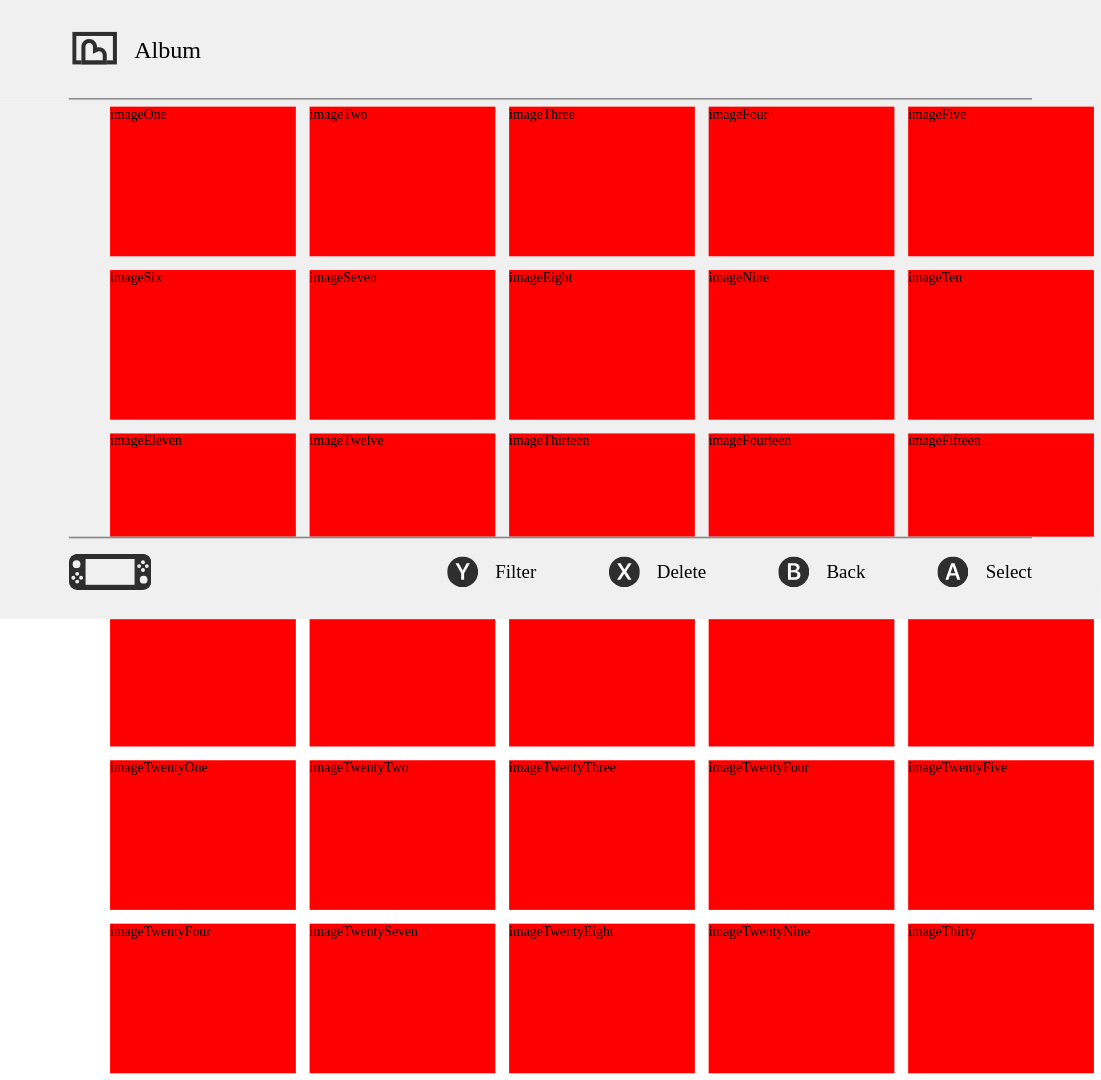
Repository: danielj1415/nintendoSwitchUI2
Page: /album
These files come from the project's save history. The page is drawn as it stood at one moment and after the next save; the edit follows.
The browser window is 1280 px wide. The pictures show the whole page, at 86% of full size.
The project was rebuilt for these pictures with package versions that can differ from the ones it lists, and the page was loaded fresh each time. Also part of the build but not shown: vite.config.js, src/ScreenHome.jsx, src/ScreenSettings.jsx.

Above is the page before, as saved 2024-10-16 11:19:09.

### src/App.jsx
import { BrowserRouter as Router, Routes, Route } from "react-router-dom";
import ScreenHome from "./ScreenHome";
import ScreenSettings from "./ScreenSettings";
import ScreenAlbum from "./ScreenAlbum";
import './App.css';

function App() {
  return (
    <Router>
      <Routes>
        <Route path="/" element={<ScreenHome />} />
        <Route path="/settings" element={<ScreenSettings />} />
        <Route path="/album" element={<ScreenAlbum/>}/>
      </Routes>
    </Router>
  );
}

export default App;

### src/ScreenAlbum.jsx

import "./ScreenAlbum.css";

import { Navigate, useNavigate } from "react-router-dom";
import iconAlbumDark from "./assets/icons/iconAlbumDark.svg";
import iconSwitchDark from "./assets/icons/iconSwitchDark.svg";
import iconADark from "./assets/icons/iconADark.svg";
import iconBDark from "./assets/icons/iconBDark.svg";
import iconXDark from "./assets/icons/iconXDark.svg";
import iconYDark from "./assets/icons/iconYDark.svg";
import { useEffect } from "react";

function ScreenAlbum(){

    const images = [
        ["imageOne", "imageTwo", "imageThree", "imageFour", "imageFive"],
        ["imageSix", "imageSeven", "imageEight", "imageNine", "imageTen"],
        ["imageEleven", "imageTwelve", "imageThirteen", "imageFourteen", "imageFifteen"],
        ["imageSixteen", "imageSeventeen", "imageEighteen", "imageNineteen", "imageTwenty"],
        ["imageTwentyOne", "imageTwentyTwo", "imageTwentyThree", "imageTwentyFour", "imageTwentyFive"],
        ["imageTwentyFour", "imageTwentySeven", "imageTwentyEight", "imageTwentyNine", "imageThirty"]
    ]

    const navigate = useNavigate();

    useEffect(() => {
        const handleKeyDown = (event) => {
            if (event.key === "ArrowDown") {
                event.preventDefault();

            } else if (event.key === "ArrowUp") {
                event.preventDefault();

            } else if (event.key === "ArrowRight") {
                event.preventDefault();

            } else if (event.key === "ArrowLeft") {
                event.preventDefault();

            } else if (event.key === "A" || event.key === "a"){

            } else if (event.key === "B" || event.key === "b"){
                navigate("/settings");
            }
        };

        window.addEventListener("keydown", handleKeyDown);

        return () => {
            window.removeEventListener("keydown", handleKeyDown);
        };
    },);

    return (
        <div className="albumScreen">
            <div className="albumTopMenuSettings">
                <div className = "albumTopMenuRow">
                    <img src = {iconAlbumDark} className = "iconAlbumDark marginLeft108 marginRight28"/>
                    <p className = "headingText albumHeadingText">Album</p>
                </div>
                <div className = "albumDivider"/>
            </div>
            <div className="albumMiddleMenuSettings">
                <div className="imageContainer">
                {images.map((row, rowIndex) => (
                    <div className="imageRow" key={rowIndex}>
                    {row.map((cell, cellIndex) => (
                        <div className="image" key={cellIndex}>
                        {cell}
                        </div>
                    ))}
                    </div>
                ))}
                </div>
            </div>
            <div className="albumBottomMenuSettings">
                <div className = "albumDivider"/>
                <div className = "albumBottomMenuRow">
                    <img src={iconSwitchDark} className="iconSwitchDark" />
                    <div className = "albumBottomMenuTextIcons">
                        <img src = {iconYDark} className = "iconBSettings"/>
                        <p className="bottomMenuSettingsRowText">Filter</p>
                        <img src = {iconXDark} className = "iconASettings"/>
                        <p className="bottomMenuSettingsRowText">Delete</p>
                        <img src = {iconBDark} className = "iconASettings"/>
                        <p className="bottomMenuSettingsRowText">Back</p>
                        <img src = {iconADark} className = "iconASettings"/>
                        <p className="bottomMenuSettingsRowText">Select</p>
                    </div>
                </div>
            </div>
        </div>
    );
}

export default ScreenAlbum;

### src/App.css
html, body {
  margin: 0;
  padding: 0;
  height: 100%;
  width: 100%;
}

.appScreen{
  display: flex;
  justify-content: center;
  align-items: center;
  height: 100vh;
}

### src/ScreenSettings.css
@import "./fonts.css";

.topMenuSettings {
    width: 100%;
    background-color: #F0F0F0;
}

.topMenuRow {
    display: flex;
    align-items: center;
    background-color: #F0F0F0;
    height: 142px;
}

.bottomMenuSettings {
    width: 100%;
    background-color: #F0F0F0;
    z-index: 1;
    position: absolute;
    height: 110px;
}

.middleMenuSettings {
    display: flex;
}

.leftMenuSettings {
    width: 32%;
    height: 664px;
    background-color: #F5F5F5;
}

.rightMenuSettings {
    width: 68%;
    height: 664px;
    background-color: #F0F0F0;
}

.iconBrightnessLight {
    width: 66px;
    height: 66px;
}

.headingText {
    font-size: 34px;
    font-family: "Nintendo Switch UI";
}

.marginRight28 {
    margin-right: 28px;
}

.marginLeft108 {
    margin-left: 108px;
}

.divider {
    height: 2px;
    margin-left: 80px;
    margin-right: 80px;
    background-color: #bababa;
    justify-content: center;
}

.subheadingText {
    font-family: "Nintendo Switch UI";
    font-size: 30px;
}

.selectedOption {
    width: 432px;
    height: 94px;
    background-color: #FFFFFF;
    border: 6px solid #43D6DF;
    display: flex;
    /* Use flexbox to align the blue line and text horizontally */
    align-items: center;
    /* Vertically center the items inside */
    margin-left: 122px;
}

.unselectedOption {
    margin-left: 160px;
    display: flex;
    /* Use flexbox to align the blue line and text horizontally */
    align-items: center;
    /* Vertically center the items inside */
}

.selectedOptionSub {
    display: flex;
    align-items: center;
    height: 72px;
}

.marginLeft8 {
    margin-left: 8px;
}

.marginRight16 {
    margin-right: 18px;
}

.marginLeftselectedOption {
    margin-left: 88px;
}

.spacer {
    width: 4px;
    height: 32px;
    background-color: #F5F5F5;
}

.square {
    width: 432px;
    /* Set the width of the square */
    height: 2px;
    /* Set the height of the square */
    background-color: #bababa;
    /* You can change the color of the square */
    margin-top: 16px;
    margin-bottom: 16px;
    margin-left: 128px;
}

.selectedOptionLine {
    height: 72px;
    width: 6px;
    background-color: #0047FF;
}

.themeLine {
    height: 2px;
    width: 1064px;
    margin-left: 144px;
    background-color: #bababa;
}

.themeRow {
    display: flex;
    align-items: center;
    height: 88px;
}

.themeWhiteRectangle {
    width: 138px;
    height: 82px;
    background-color: white;
    border: 3px solid #B3B3B3;
}

.themeBlackRectangle {
    width: 138px;
    height: 82px;
    background-color: black;
    border: 3px solid #3C3C3C;
}

.marginLeft174 {
    margin-left: 174px;
}

.marginTop32 {
    margin-top: 16px;
}

.marginTop64 {
    margin-top: 64px;
}

.iconCheckMark {
    width: 48px;
    height: 48px;
    margin-left: 600px;
}

.themeRowSelected {
    display: flex;
    align-items: center;
    width: 1064px;
    height: 148px;      /* something note: 148 for selected while 144 for not selected because of the lines*/
    background-color: white;
    box-shadow: inset 0 0 0 6px #43D6DF;
}

.themeRowNotSelected {
    display: flex;
    align-items: center;
    width: 1064px;
    height: 144px;
}

.marginLeft144 {
    margin-left: 144px;
}

.marginLeft32 {
    margin-left: 32px;
}
.themeSpacer{
    margin-top: 64px;
}
.selectedThemeMarginRightSpacing {
    margin-right: 18px;
}

.selectedThemeMarginLeftSpacing {
    margin-left: 32px;
}
.basicColorContainer {
    width: 180px;
    display: flex;
    align-items: center;
    height: 116px;
}

.bottomMenuRowSettings{
    display: flex;
    align-items: center;
    margin-left: 80px;
    margin-right: 80px;
    display: flex;
    align-items: center;
    justify-content: space-between;
    margin-top: 18px;
    height: 60px;
}

.bottomMenuSettingsTextIcons{
    display: flex;
    align-items: center;
    justify-content:flex-end;
}

.bottomMenuSettingsRowText{
    font-family: "Nintendo Switch UI";
    color: black;
    font-size: 26px;
}

.iconSwitchDark{
    width: 96px;
    height: 44px;
    border-radius: 10px;
}
.iconASettings{
    margin-left: 84px;
    margin-right: 20px;
    width: 36px;
    height: 36px;
}
.iconBSettings{
    margin-right: 20px;
    width: 36px;
    height: 36px;
}

@media (max-height: 800px) and (min-height: 700px) {
    .headingText {
        font-size: 28px;
        font-family: "Nintendo Switch UI";
    }

    .subheadingText {
        font-family: "Nintendo Switch UI";
        font-size: 24px;
    }

    .iconBrightnessLight {
        width: 52px;
        height: 52px;
    }

    .leftMenuOptions {
        margin-left: 0px;
        margin-top: 0px;
    }

    .marginRight28 {
        margin-right: 20px;
    }

    .marginLeft108 {
        margin-left: 84px;
    }

    .topMenuRow {
        display: flex;
        align-items: center;
        background-color: #F0F0F0;
        height: 114px;
    }

    .bottomMenuSettings {
        width: 100%;
        height: 96px;
        background-color: #F0F0F0;
    }

    .leftMenuSettings {
        width: 35%;
        height: 564px;
        background-color: #F5F5F5;
    }

    .rightMenuSettings {
        width: 65%;
        height: 564px;
        background-color: #F0F0F0;
    }

    .marginLeft124 {
        margin-left: 124px;
    }

    .selectedOption {
        width: 342px;
        height: 72px;
        background-color: #FFFFFF;
        border: 6px solid #43D6DF;
        display: flex;
        /* Use flexbox to align the blue line and text horizontally */
        align-items: center;
        /* Vertically center the items inside */
        margin-left: 88px;
    }

    .unselectedOption {
        margin-left: 122px;
        display: flex;
        /* Use flexbox to align the blue line and text horizontally */
        align-items: center;
        /* Vertically center the items inside */
    }

    .selectedOptionSub {
        display: flex;
        align-items: center;
        height: 72px;
    }

    .selectedOptionLine {
        height: 56px;
        width: 4px;
        background-color: #0047FF;
    }

    .marginLeft8 {
        margin-left: 8px;
    }

    .marginRight16 {
        margin-right: 16px;
    }

    .marginLeftselectedOption {
        margin-left: 88px;
    }

    .spacer {
        width: 4px;
        height: 32px;
        background-color: #F5F5F5;
    }

    .square {
        width: 56%;
        /* Set the width of the square */
        height: 2px;
        /* Set the height of the square */
        background-color: #C0C0C0;
        /* You can change the color of the square */
        margin-left: 122px;
        margin-top: 16px;
        margin-bottom: 16px;
    }

    .marginTop64 {
        margin-top: 50px;
    }

    .themeLine {
        height: 2px;
        width: 764px;
        margin-left: 116px;
        background-color: #bababa;
    }

    .marginLeft144 {
        margin-left: 116px;
    }

    .iconCheckMark {
        width: 40px;
        height: 40px;
        margin-left: 372px;
    }

    .themeWhiteRectangle {
        width: 108px;
        height: 64px;
        background-color: white;
        border: 3px solid #B3B3B3;
    }

    .themeBlackRectangle {
        width: 108px;
        height: 64px;
        background-color: black;
        border: 3px solid #3C3C3C;
    }

    .themeRowSelected {
        display: flex;
        align-items: center;
        width: 764px;
        height: 120px;
        background-color: white;
        box-shadow: inset 0 0 0 6px #43D6DF;
    }

    .themeRowNotSelected {
        display: flex;
        align-items: center;
        width: 764px;
        height: 116px;
    }

    .basicColorContainer {
        width: 160px;
        display: flex;
        align-items: center;
        height: 116px;
    }

    .selectedThemeMarginRightSpacing {
        margin-right: 16px;
    }

    .selectedThemeMarginLeftSpacing {
        margin-left: 32px;
    }

    .themeSpacer{
        margin-top: 48px;
    }
    .basicWallpaperContainer{
        width: 400px;
        display: flex;
        align-items: center;
        height: 116px;
    }
    /* 10.4.2024 1512px */
    .iconSwitchDark{
        width: 96px;
        height: 42px;
        border-radius: 10px;
    }
    .bottomMenuRowSettings{
        margin-left: 80px;
        margin-right: 80px;
        display: flex;
        align-items: center;
        justify-content: space-between;
        margin-top: 4px;
    }
    /* 10.7.2024 1512px */
    .bottomMenuSettingsRowText{
        font-family: "Nintendo Switch UI";
        color: black;
        font-size: 22px;
    }
    .bottomMenuSettingsTextIcons{
        display: flex;
        align-items: center;
        justify-content:flex-end;
    }
    .iconASettings{
        margin-left: 84px;
        margin-right: 20px;
    }
    .iconBSettings{
        margin-right: 20px;
    }

}

### src/ScreenAlbum.css

@import "./fonts.css";

.albumTopMenuSettings {
    background-color: #F0F0F0;
    width: 100%;
}
.albumTopMenuRow{
    display: flex;
    align-items: center;
    height: 142px;
    background-color: #F0F0F0;
    margin-bottom: 2px;
}

.albumMiddleMenuSettings{
    background-color: #F0F0F0;
    height: 660px;
    overflow-y:;
}

.albumBottomMenuSettings{
    width: 100%;
    height: 112px;
    background-color: #F0F0F0;
    z-index: 1;
    position: absolute;
}
.albumBottomMenuRow{
    display: flex;
    align-items: center;
    margin-left: 80px;
    margin-right: 80px;
    justify-content: space-between;
    margin-top: 4px;
}
.albumBottomMenuTextIcons{
    display: flex;
    align-items: center;
    justify-content: flex-end;
}
.albumDivider {
    height: 2px;
    margin-left: 80px;
    margin-right: 80px;
    background-color: #bababa;
    justify-content: center;
}
.iconAlbumDark{
    height: 40px;
    width: 52px;
}
.albumHeadingText{
    margin-top: 32px;
}
.imageContainer{
    margin-left: 120px;
}
.imageRow{
    display: flex;
}
.image{
    width: 312px;
    height: 174px;
    background-color: red;
    margin: 8px;
}

@media (max-height: 800px) and (min-height: 700px) {
    .albumTopMenuSettings {
        background-color: #F0F0F0;
        width: 100%;
    }
    .albumTopMenuRow{
        display: flex;
        align-items: center;
        height: 112px;
        background-color: #F0F0F0;
        margin-bottom: 2px;
    }

    .albumMiddleMenuSettings{
        background-color: #F0F0F0;
        height: 564px;
    }

    .albumBottomMenuSettings{
        width: 100%;
        height: 96px;
        background-color: #F0F0F0;
        z-index: 2;
        position: absolute;
        bottom: 0;
    }
    .albumBottomMenuRow{
        display: flex;
        align-items: center;
        margin-left: 80px;
        margin-right: 80px;
        justify-content: space-between;
        margin-top: 4px;
    }
    .albumBottomMenuTextIcons{
        display: flex;
        align-items: center;
        justify-content: flex-end;
    }
    .albumDivider {
        height: 2px;
        margin-left: 80px;
        margin-right: 80px;
        background-color: #8B8B8B;
        justify-content: center;
    }
    .iconAlbumDark{
        height: 40px;
        width: 52px;
    }
    .albumHeadingText{
        margin-top: 32px;
    }
}

### src/fonts.css

@font-face {
    font-family: "Nintendo Switch";
    src: url("/src/assets/fonts/NINTENDOSWITCHUI.TTF");
  }

Loaded but not shown: index.html (common file); src/main.jsx (common file); src/ScreenHome.css (417 lines, source omitted)

After the next save:
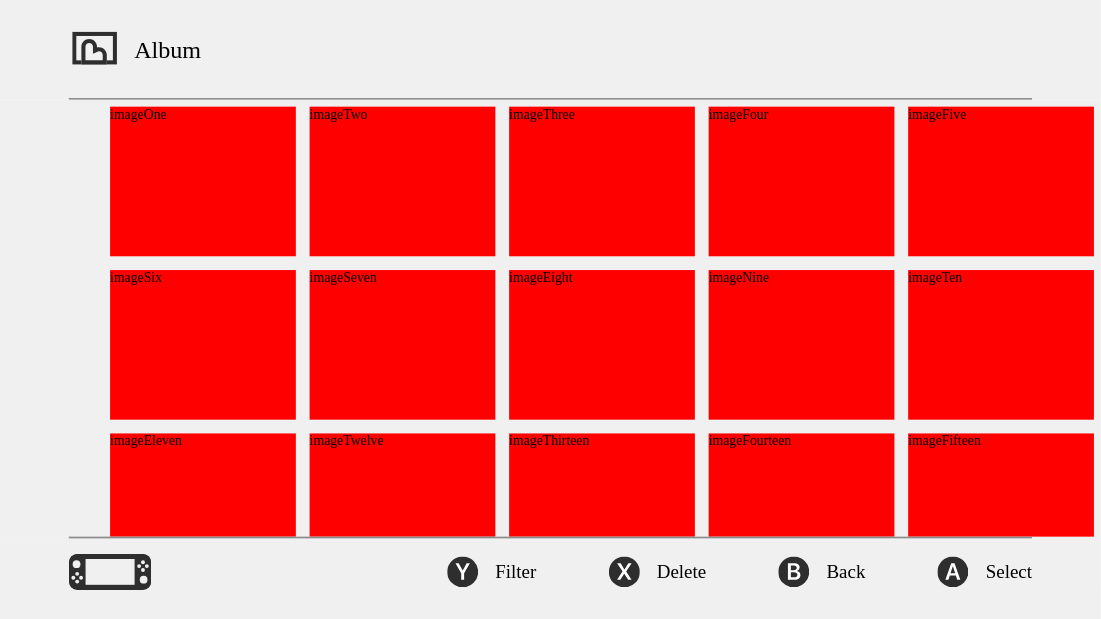
Saved 4 s later.
--- a/src/ScreenAlbum.css
+++ b/src/ScreenAlbum.css
@@ -16,7 +16,7 @@
 .albumMiddleMenuSettings{
     background-color: #F0F0F0;
     height: 660px;
-    overflow-y:;
+    overflow-y:hidden;
 }
 
 .albumBottomMenuSettings{
